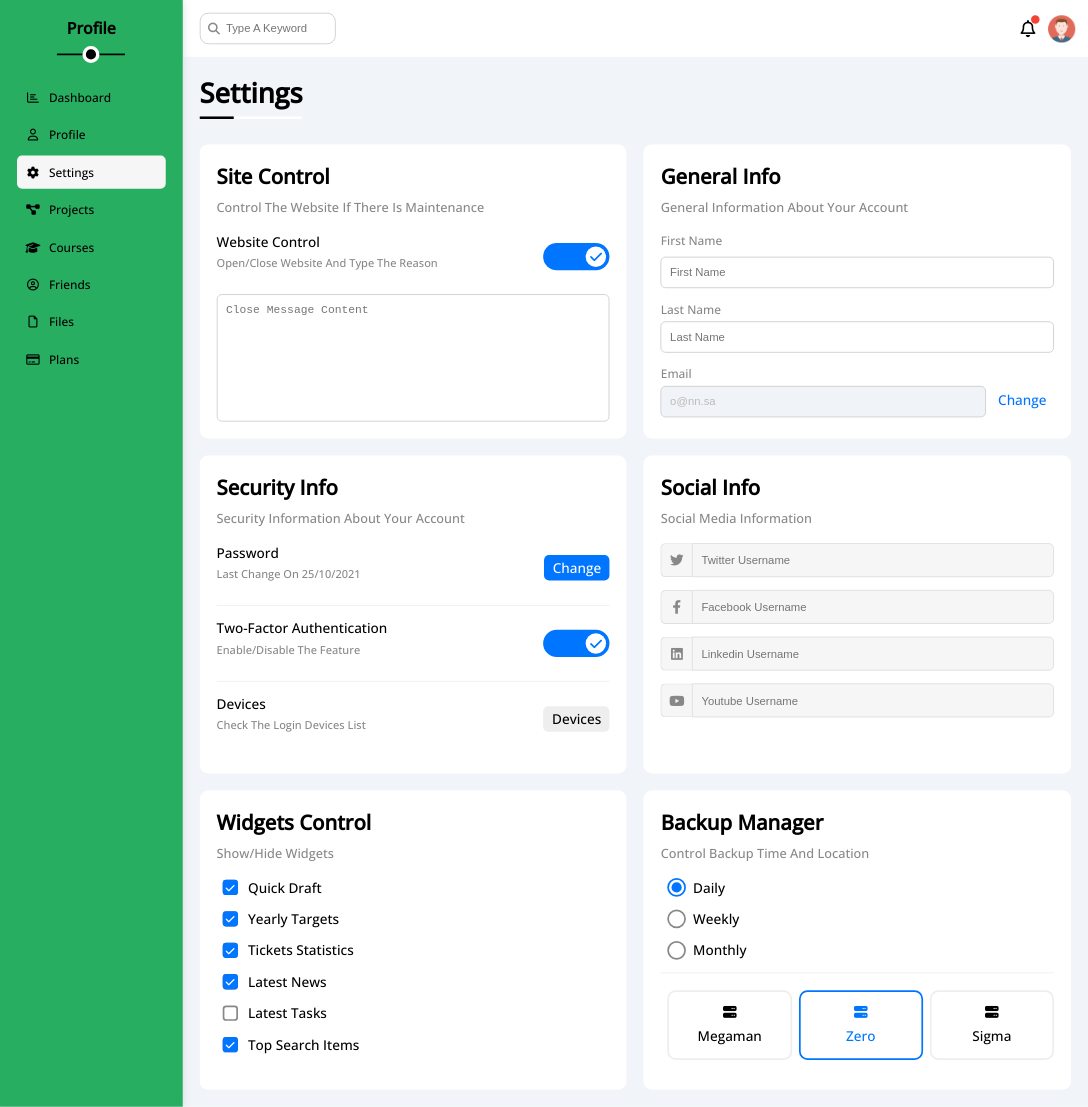
Repository: souhailaniba/Bookly
Page: public/assets/books webstie/settings.html
An editor plug-in stored every save of this project. The page is shown before and after the next save, followed by the edit.
The browser window is 1280 px wide. The pictures show the whole page, at 85% of full size.

Above is the page before, as saved 2023-01-27 14:44:14.

### public/assets/books webstie/settings.html
<!DOCTYPE html>
<html lang="en">
  <head>
    <meta charset="UTF-8" />
    <meta http-equiv="X-UA-Compatible" content="IE=edge" />
    <meta name="viewport" content="width=device-width, initial-scale=1.0" />
    <title>Settings</title>
    <link rel="stylesheet" href="css/all.min.css" />
    <link rel="stylesheet" href="css/framework.css" />
    <link rel="stylesheet" href="css/master.css" />
    <link rel="preconnect" href="https://fonts.googleapis.com" />
    <link rel="preconnect" href="https://fonts.gstatic.com" crossorigin />
    <link href="https://fonts.googleapis.com/css2?family=Open+Sans:wght@300;500&display=swap" rel="stylesheet" />
  </head>
  <body>
    <div class="page d-flex">
      <div class="sidebar bg-white p-20 p-relative"   style="background-color: #27ae60;">
        <h3 class="p-relative txt-c mt-0">Profile</h3>
        <ul>
          <li>
            <a class="d-flex align-center fs-14 c-black rad-6 p-10" href="profil.html">
              <i class="fa-regular fa-chart-bar fa-fw"></i>
              <span>Dashboard</span>
            </a>
          </li>
          <li>
            <a class="d-flex align-center fs-14 c-black rad-6 p-10" href="profile.html">
              <i class="fa-regular fa-user fa-fw"></i>
              <span>Profile</span>
            </a>
          </li>
          <li>
            <a class="active d-flex align-center fs-14 c-black rad-6 p-10" href="settings.html">
              <i class="fa-solid fa-gear fa-fw"></i>
              <span>Settings</span>
            </a>
          </li>
          <li>
            <a class="d-flex align-center fs-14 c-black rad-6 p-10" href="projects.html">
              <i class="fa-solid fa-diagram-project fa-fw"></i>
              <span>Projects</span>
            </a>
          </li>
          <li>
            <a class="d-flex align-center fs-14 c-black rad-6 p-10" href="courses.html">
              <i class="fa-solid fa-graduation-cap fa-fw"></i>
              <span>Courses</span>
            </a>
          </li>
          <li>
            <a class="d-flex align-center fs-14 c-black rad-6 p-10" href="friends.html">
              <i class="fa-regular fa-circle-user fa-fw"></i>
              <span>Friends</span>
            </a>
          </li>
          <li>
            <a class="d-flex align-center fs-14 c-black rad-6 p-10" href="files.html">
              <i class="fa-regular fa-file fa-fw"></i>
              <span>Files</span>
            </a>
          </li>
          <li>
            <a class="d-flex align-center fs-14 c-black rad-6 p-10" href="plans.html">
              <i class="fa-regular fa-credit-card fa-fw"></i>
              <span>Plans</span>
            </a>
          </li>
        </ul>
      </div>
      <div class="content w-full">
        <!-- Start Head -->
        <div class="head bg-white p-15 between-flex">
          <div class="search p-relative">
            <input class="p-10" type="search" placeholder="Type A Keyword" />
          </div>
          <div class="icons d-flex align-center">
            <span class="notification p-relative">
              <i class="fa-regular fa-bell fa-lg"></i>
            </span>
            <img src="imgs/avatar.png" alt="" />
          </div>
        </div>
        <!-- End Head -->
        <h1 class="p-relative">Settings</h1>
        <div class="settings-page m-20 d-grid gap-20">
          <!-- Start Settings Box -->

          <div class="p-20 bg-white rad-10">
            <h2 class="mt-0 mb-10">Site Control</h2>
            <p class="mt-0 mb-20 c-grey fs-15">Control The Website If There Is Maintenance</p>
            <div class="mb-15 between-flex">
              <div>
                <span>Website Control</span>
                <p class="c-grey mt-5 mb-0 fs-13">Open/Close Website And Type The Reason</p>
              </div>
              <div>
                <label>
                  <input class="toggle-checkbox" type="checkbox" checked />
                  <div class="toggle-switch"></div>
                </label>
              </div>
            </div>
            <textarea class="close-message p-10 rad-6 d-block w-full" placeholder="Close Message Content"></textarea>
          </div>
          <!-- End Settings Box -->
          <!-- Start Settings Box -->
          <div class="p-20 bg-white rad-10">
            <h2 class="mt-0 mb-10">General Info</h2>
            <p class="mt-0 mb-20 c-grey fs-15">General Information About Your Account</p>
            <div class="mb-15">
              <label class="fs-14 c-grey d-block mb-10" for="first">First Name</label>
              <input
                class="b-none border-ccc p-10 rad-6 d-block w-full"
                type="text"
                id="first"
                placeholder="First Name"
              />
            </div>
            <div class="mb-15">
              <label class="fs-14 c-grey d-block mb-5" for="last">Last Name</label>
              <input
                class="b-none border-ccc p-10 rad-6 d-block w-full"
                id="last"
                type="text"
                placeholder="Last Name"
              />
            </div>
            <div>
              <label class="fs-14 c-grey d-block mb-5" for="email">Email</label>
              <input
                class="email b-none border-ccc p-10 rad-6 w-full mr-10"
                id="email"
                type="email"
                value="o@nn.sa"
                disabled
              />
              <a class="c-blue" href="#">Change</a>
            </div>
          </div>
          <!-- End Settings Box -->
          <!-- Start Settings Box -->
          <div class="p-20 bg-white rad-10">
            <h2 class="mt-0 mb-10">Security Info</h2>
            <p class="mt-0 mb-20 c-grey fs-15">Security Information About Your Account</p>
            <div class="sec-box mb-15 between-flex">
              <div>
                <span>Password</span>
                <p class="c-grey mt-5 mb-0 fs-13">Last Change On 25/10/2021</p>
              </div>
              <a class="button bg-blue c-white btn-shape" href="#">Change</a>
            </div>
            <div class="sec-box mb-15 between-flex">
              <div>
                <span>Two-Factor Authentication</span>
                <p class="c-grey mt-5 mb-0 fs-13">Enable/Disable The Feature</p>
              </div>
              <label>
                <input class="toggle-checkbox" type="checkbox" checked />
                <div class="toggle-switch"></div>
              </label>
            </div>
            <div class="sec-box between-flex">
              <div>
                <span>Devices</span>
                <p class="c-grey mt-5 mb-0 fs-13">Check The Login Devices List</p>
              </div>
              <a class="bg-eee c-black btn-shape" href="#">Devices</a>
            </div>
          </div>
          <!-- End Settings Box -->
          <!-- Start Settings Box -->
          <div class="social-boxes p-20 bg-white rad-10">
            <h2 class="mt-0 mb-10">Social Info</h2>
            <p class="mt-0 mb-20 c-grey fs-15">Social Media Information</p>
            <div class="d-flex align-center mb-15">
              <i class="fa-brands fa-twitter center-flex c-grey"></i>
              <input class="w-full" type="text" placeholder="Twitter Username" />
            </div>
            <div class="d-flex align-center mb-15">
              <i class="fa-brands fa-facebook-f center-flex c-grey"></i>
              <input class="w-full" type="text" placeholder="Facebook Username" />
            </div>
            <div class="d-flex align-center mb-15">
              <i class="fa-brands fa-linkedin center-flex c-grey"></i>
              <input class="w-full" type="text" placeholder="Linkedin Username" />
            </div>
            <div class="d-flex align-center">
              <i class="fa-brands fa-youtube center-flex c-grey"></i>
              <input class="w-full" type="text" placeholder="Youtube Username" />
            </div>
          </div>
          <!-- End Settings Box -->
          <!-- Start Settings Box -->
          <div class="widgets-control p-20 bg-white rad-10">
            <h2 class="mt-0 mb-10">Widgets Control</h2>
            <p class="mt-0 mb-20 c-grey fs-15">Show/Hide Widgets</p>
            <div class="control d-flex align-center mb-15">
              <input type="checkbox" id="one" checked />
              <label for="one">Quick Draft</label>
            </div>
            <div class="control d-flex align-center mb-15">
              <input type="checkbox" id="two" checked />
              <label for="two">Yearly Targets</label>
            </div>
            <div class="control d-flex align-center mb-15">
              <input type="checkbox" id="three" checked />
              <label for="three">Tickets Statistics</label>
            </div>
            <div class="control d-flex align-center mb-15">
              <input type="checkbox" id="four" checked />
              <label for="four">Latest News</label>
            </div>
            <div class="control d-flex align-center mb-15">
              <input type="checkbox" id="five" />
              <label for="five">Latest Tasks</label>
            </div>
            <div class="control d-flex align-center mb-15">
              <input type="checkbox" id="six" checked />
              <label for="six">Top Search Items</label>
            </div>
          </div>
          <!-- End Settings Box -->
          <!-- Start Settings Box -->
          <div class="backup-control p-20 bg-white rad-10">
            <h2 class="mt-0 mb-10">Backup Manager</h2>
            <p class="mt-0 mb-20 c-grey fs-15">Control Backup Time And Location</p>
            <div class="date d-flex align-center mb-15">
              <input type="radio" name="time" id="daily" checked />
              <label for="daily">Daily</label>
            </div>
            <div class="date d-flex align-center mb-15">
              <input type="radio" name="time" id="weekly" />
              <label for="weekly">Weekly</label>
            </div>
            <div class="date d-flex align-center mb-15">
              <input type="radio" name="time" id="monthly" />
              <label for="monthly">Monthly</label>
            </div>
            <div class="servers d-flex align-center txt-c">
              <input type="radio" name="servers" id="server-one" />
              <div class="server mb-15 rad-10 w-full">
                <label class="d-block m-15" for="server-one">
                  <i class="fa-solid fa-server d-block mb-10"></i>
                  Megaman
                </label>
              </div>
              <input type="radio" name="servers" id="server-two" checked />
              <div class="server mb-15 rad-10 w-full">
                <label class="d-block m-15" for="server-two">
                  <i class="fa-solid fa-server d-block mb-10"></i>
                  Zero
                </label>
              </div>
              <input type="radio" name="servers" id="server-three" />
              <div class="server mb-15 rad-10 w-full">
                <label class="d-block m-15" for="server-three">
                  <i class="fa-solid fa-server d-block mb-10"></i>
                  Sigma
                </label>
              </div>
            </div>
          </div>
          <!-- End Settings Box -->
        </div>
      </div>
    </div>
  </body>
</html>

### public/assets/books webstie/css/framework.css
:root {
  --blue-color: #0075ff;
  --blue-alt-color: #0d69d5;
  --orange-color: #f59e0b;
  --green-color: #22c55e;
  --red-color: #f44336;
  --grey-color: #888;
}
/* Start Box */
.d-flex {
  display: flex;
}
.f-wrap {
  flex-wrap: wrap;
}
.align-center {
  align-items: center;
}
.space-between {
  justify-content: space-between;
}
.d-grid {
  display: grid;
}
.gap-20 {
  gap: 20px;
}
.d-block {
  display: block;
}
@media (max-width: 767px) {
  .block-mobile {
    display: block;
  }
  .hide-mobile {
    display: none;
  }
}
/* End Box */
/* Start Padding + Margin */
.p-10 {
  padding: 10px;
}
.p-15 {
  padding: 15px;
}
.p-20 {
  padding: 20px;
}
.pt-10 {
  padding-top: 10px;
}
.pt-15 {
  padding-top: 15px;
}
.pt-20 {
  padding-top: 20px;
}
.pb-10 {
  padding-bottom: 10px;
}
.pb-15 {
  padding-bottom: 15px;
}
.pb-20 {
  padding-bottom: 20px;
}
.pl-15 {
  padding-left: 15px;
}
.m-0 {
  margin: 0;
}
.m-15 {
  margin: 15px;
}
.m-20 {
  margin: 20px;
}
.mt-0 {
  margin-top: 0;
}
.mt-5 {
  margin-top: 5px;
}
.mt-10 {
  margin-top: 10px;
}
.mt-15 {
  margin-top: 15px;
}
.mt-20 {
  margin-top: 20px;
}
.mt-25 {
  margin-top: 25px;
}
.mr-10 {
  margin-right: 10px;
}
.mr-15 {
  margin-right: 15px;
}
.mb-5 {
  margin-bottom: 5px;
}
.mb-10 {
  margin-bottom: 10px;
}
.mb-15 {
  margin-bottom: 15px;
}
.mb-20 {
  margin-bottom: 20px;
}
.mb-25 {
  margin-bottom: 25px;
}
/* End Padding + Margin */
/* Start Color */
.c-black {
  color: black;
}
.c-white {
  color: white;
}
.c-grey {
  color: var(--grey-color);
}
.c-red {
  color: var(--red-color);
}
.c-green {
  color: var(--green-color);
}
.c-blue {
  color: var(--blue-color);
}
.c-orange {
  color: var(--orange-color);
}
.bg-red {
  background-color: var(--red-color);
}
.bg-green {
  background-color: var(--green-color);
}
.bg-blue {
  background-color: var(--blue-color);
}
.bg-orange {
  background-color: var(--orange-color);
}
.bg-white {
  background-color: white;
}
.bg-eee {
  background-color: #eee;
}
/* End Color */
/* Start Position */
.p-relative {
  position: relative;
}
.p-absolute {
  position: absolute;
}
/* End Position */
/* Start Font */
.txt-c {
  text-align: center;
}
.fs-13 {
  font-size: 13px;
}
.fs-14 {
  font-size: 14px;
}
.fs-15 {
  font-size: 15px;
}
.fs-25 {
  font-size: 25px;
}
.fw-bold {
  font-weight: bold;
}
@media (max-width: 767px) {
  .txt-c-mobile {
    text-align: center;
  }
}
/* End Font */
/* Start Border */
.rad-6 {
  border-radius: 6px;
}
.rad-10 {
  border-radius: 10px;
}
.rad-half {
  border-radius: 50%;
}
.b-none {
  border: none;
}
.border-ccc {
  border: 1px solid #ccc;
}
.border-eee {
  border: 1px solid #eee;
}

/* End Border */
/* Start Width + Height */
.w-full {
  width: 100%;
}
.w-100 {
  width: 100px;
}
.w-fit {
  width: fit-content;
}
.h-full {
  height: 100%;
}
.h-100 {
  height: 100px;
}
/* End Width + Height */
/* Start Components */
.center-flex {
  display: flex;
  align-items: center;
  justify-content: center;
}
.between-flex {
  display: flex;
  align-items: center;
  justify-content: space-between;
}
.btn-shape {
  padding: 4px 10px;
  border-radius: 6px;
}
/* End Components */

Loaded but not shown: public/assets/books webstie/css/all.min.css (library); public/assets/books webstie/css/master.css (1171 lines, source omitted)

After the next save:
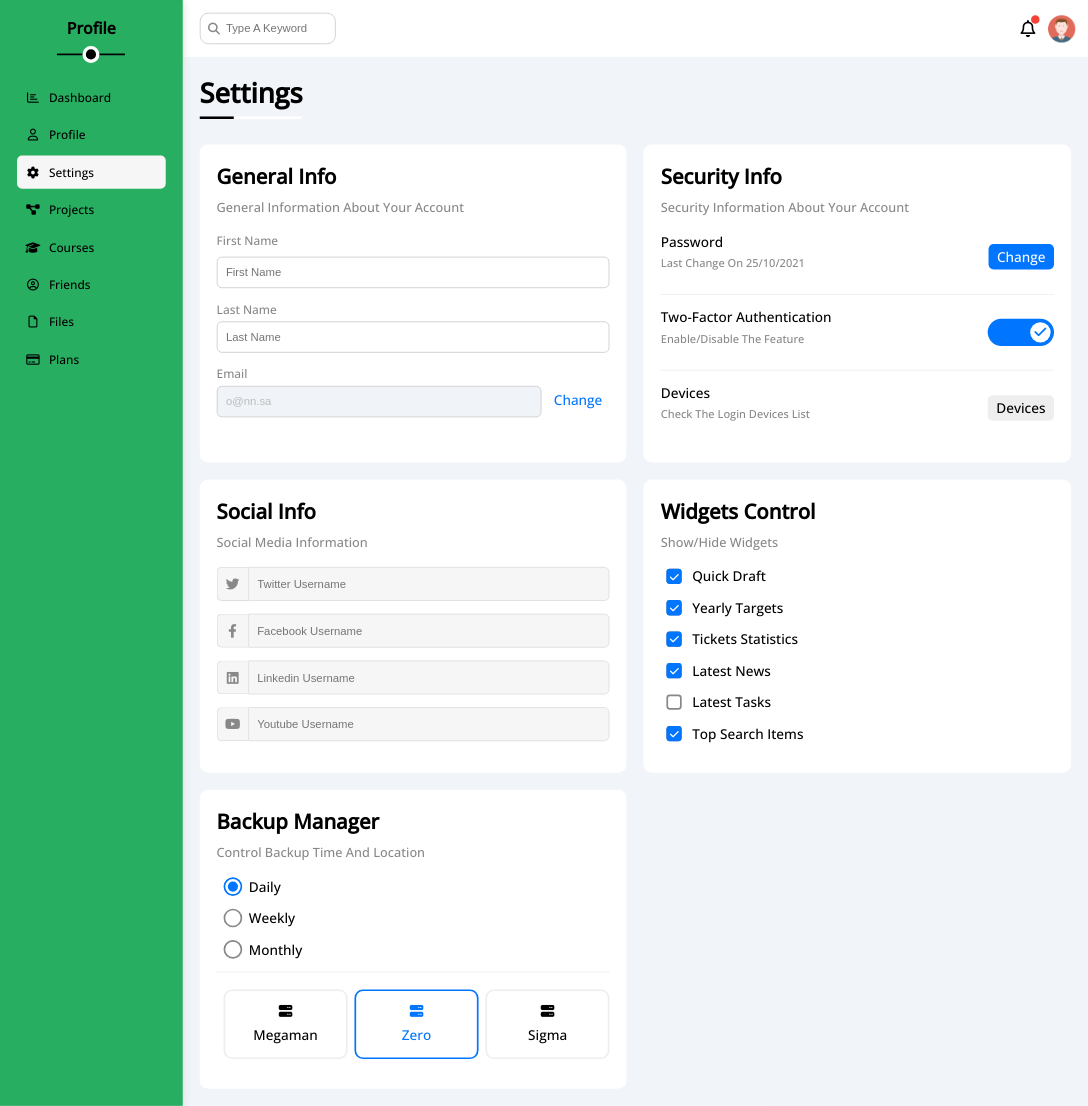
Saved 64 s later.
--- a/public/assets/books webstie/settings.html
+++ b/public/assets/books webstie/settings.html
@@ -83,26 +83,7 @@
         <!-- End Head -->
         <h1 class="p-relative">Settings</h1>
         <div class="settings-page m-20 d-grid gap-20">
-          <!-- Start Settings Box -->
 
-          <div class="p-20 bg-white rad-10">
-            <h2 class="mt-0 mb-10">Site Control</h2>
-            <p class="mt-0 mb-20 c-grey fs-15">Control The Website If There Is Maintenance</p>
-            <div class="mb-15 between-flex">
-              <div>
-                <span>Website Control</span>
-                <p class="c-grey mt-5 mb-0 fs-13">Open/Close Website And Type The Reason</p>
-              </div>
-              <div>
-                <label>
-                  <input class="toggle-checkbox" type="checkbox" checked />
-                  <div class="toggle-switch"></div>
-                </label>
-              </div>
-            </div>
-            <textarea class="close-message p-10 rad-6 d-block w-full" placeholder="Close Message Content"></textarea>
-          </div>
-          <!-- End Settings Box -->
           <!-- Start Settings Box -->
           <div class="p-20 bg-white rad-10">
             <h2 class="mt-0 mb-10">General Info</h2>
